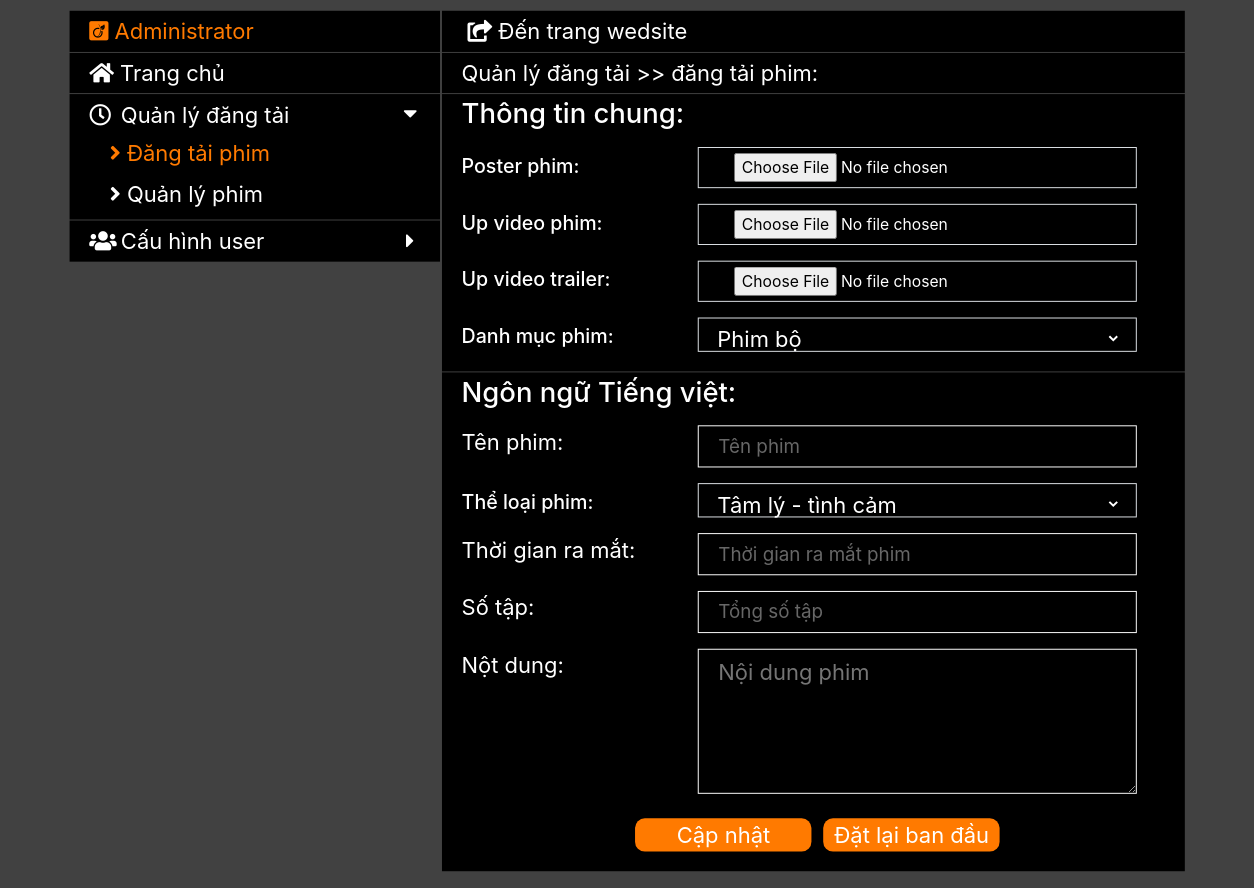
Repository: SonNguyen892002/Lau-Dai-Code
Page: http://localhost/wed-jdbc-1-2023/views/admin/dangtaiphim.jsp
The author's editor kept a copy of each file at every save. The page is drawn from the files as they stood at one save, then again after the next save.
The browser window is 1280 px wide. The pictures show the whole page, at 98% of full size.
The page is served by Tomcat 9.

Above is the page before, as saved 2022-01-16 04:49:55.

After the next save:
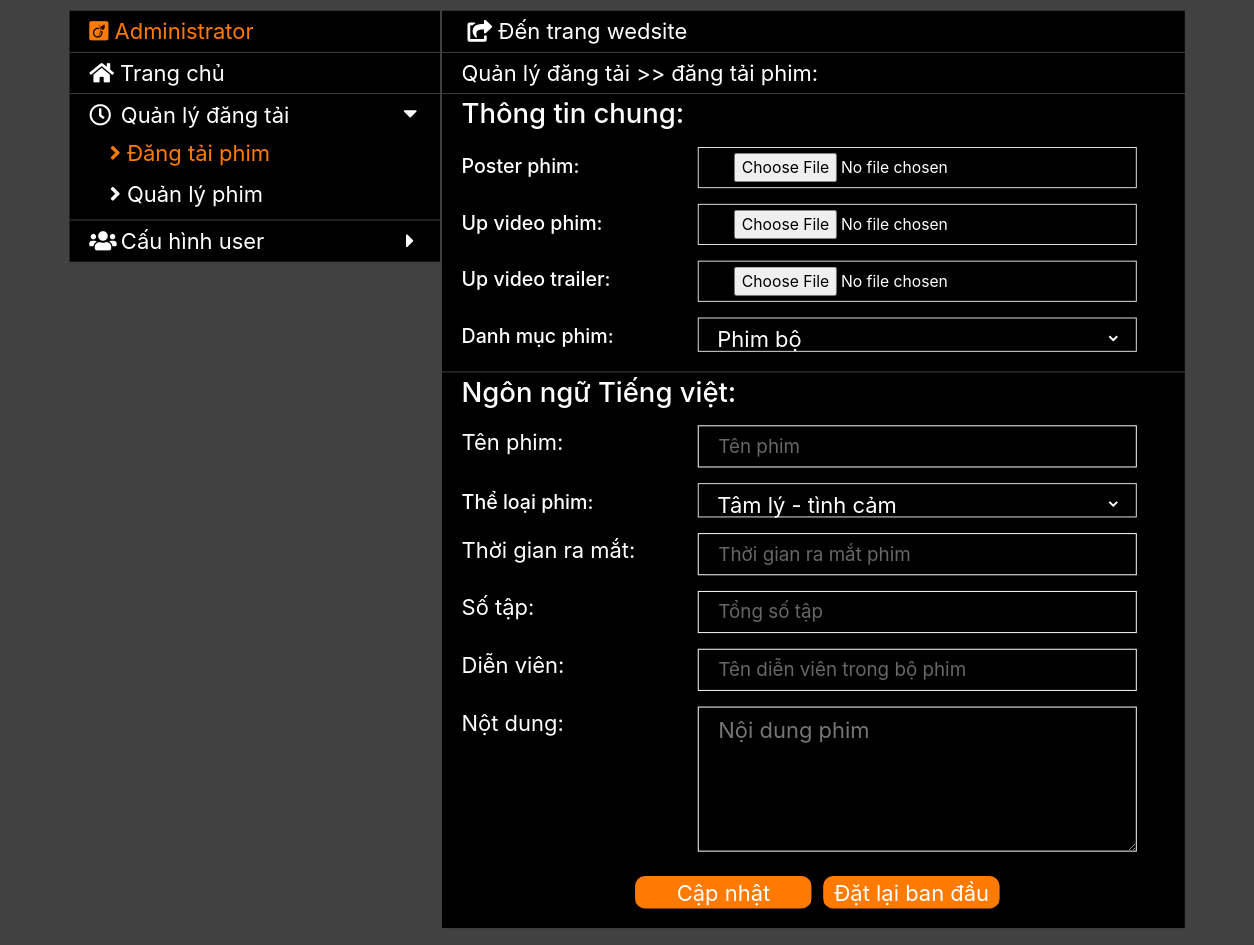
Saved 2 min 20 s later.
--- a/workspace/wed-jdbc-1-2023/src/main/webapp/views/admin/dangtaiphim.jsp
+++ b/workspace/wed-jdbc-1-2023/src/main/webapp/views/admin/dangtaiphim.jsp
@@ -106,6 +106,16 @@
 			</div>
 		</div>
 
+		<div class="row mt">
+			<div class="col-xl-4">
+				<label for="episode">Diễn viên:</label>
+			</div>
+
+			<div class="col-xl-7 p0">
+				<input type="text" name="" id="episode" placeholder="Tên diễn viên trong bộ phim">
+			</div>
+		</div>
+
 		<div class="row mt mb">
 			<div class="col-xl-4">
 				<label for="textar">Nột dung:</label>
